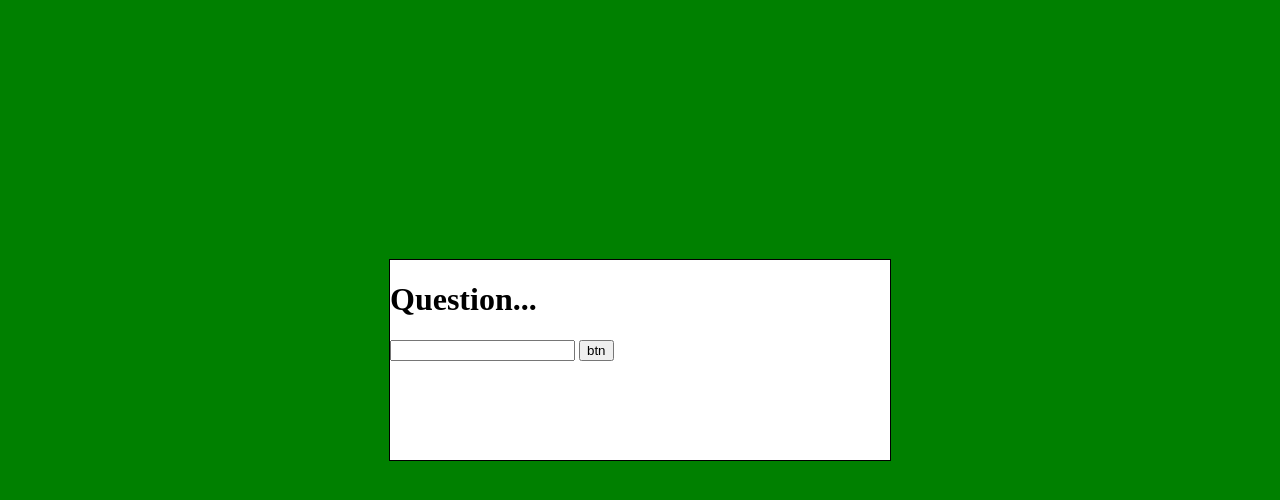
Repository: Joseph061200/Dynamic_Lab2
Page: joseph.html
The author's editor kept a copy of each file at every save. The page is drawn from the files as they stood at one save, then again after the next save.
The browser window is 1280 px wide. The pictures show the whole page.

Above is the page before, as saved 2020-02-20 14:10:33.

After the next save:
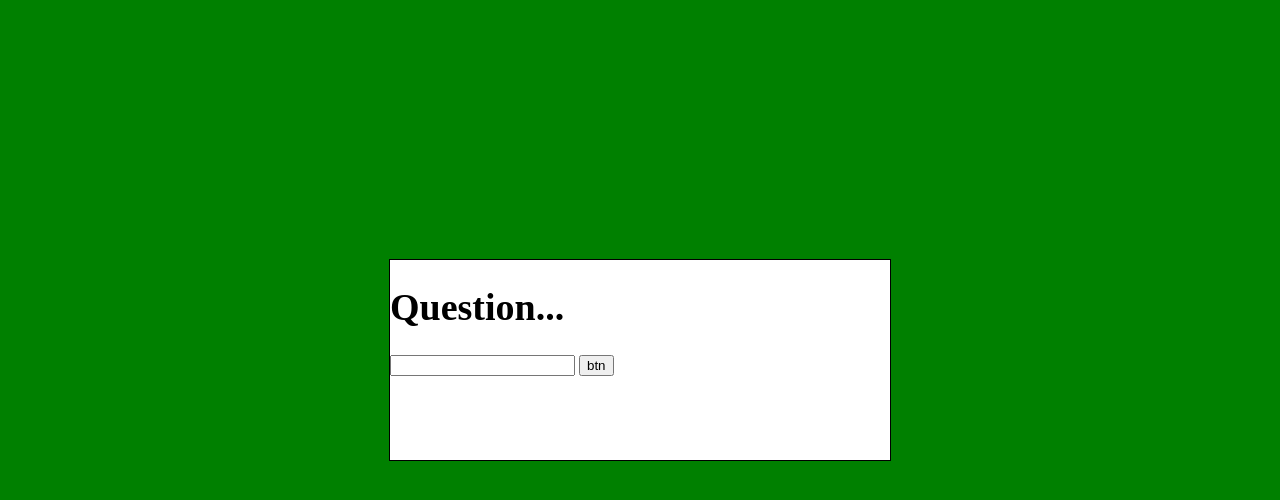
Saved 35 s later.
--- a/joseph.css
+++ b/joseph.css
@@ -18,3 +18,6 @@ body,html {
     background-color: white;
 
 }
+h1 {
+    font-size: 38px;
+}
